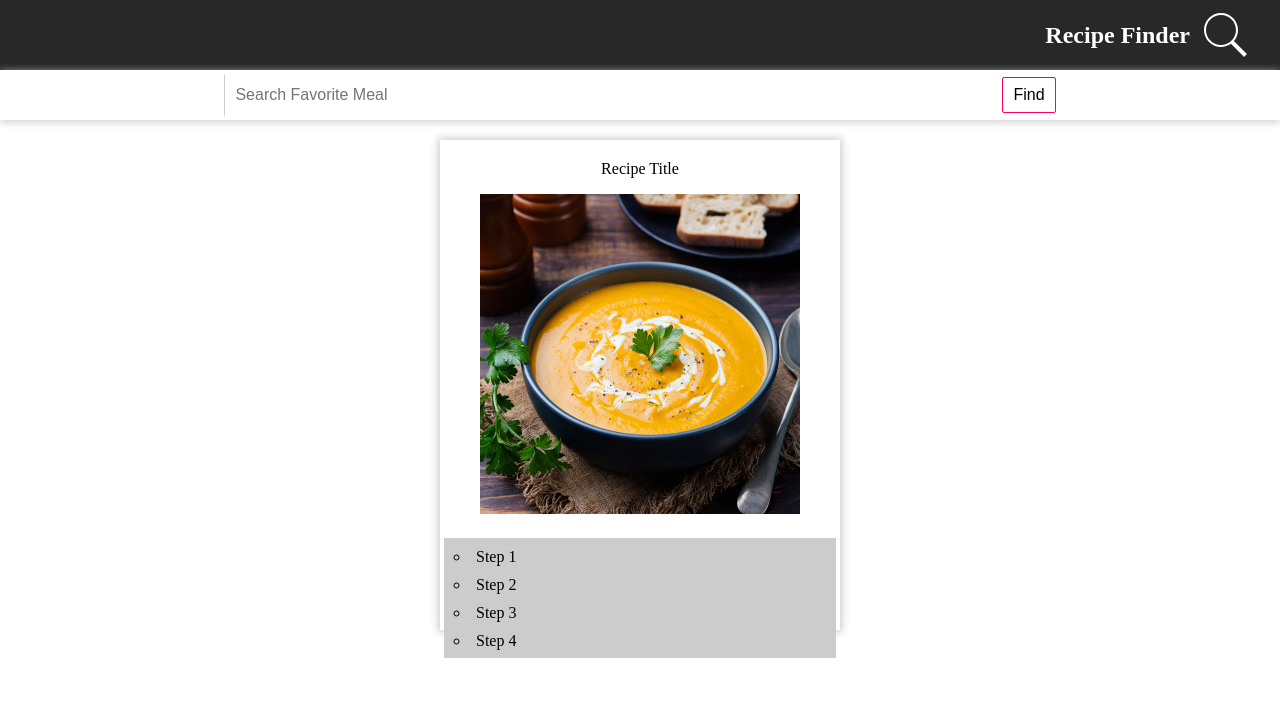
Repository: burntaftermint/recipes
Page: index.html
These files come from the project's save history. The page is drawn as it stood at one moment and after the next save; the edit follows.
The browser window is 1280 px wide. The pictures show the whole page.
The pointer rests on the first visible `.recipe`.

Above is the page before, as saved 2023-11-06 05:03:57.

### index.html
<!DOCTYPE html>
<html lang="en">
<head>
    <meta charset="UTF-8">
    <meta name="viewport" content="width=device-width, initial-scale=1.0">
    <title>Recipe Finder</title>
</head>
<body>
    <header>
        <h2>Recipe Finder</h2>
        <link rel="stylesheet" href="style.css">
        <img src="images/search.svg" alt="Search">
    </header>
    <section class="container">
        <div class="search">
            <input type="text" placeholder="Search Favorite Meal" autofocus>
            <button class="btn">Find</button>
        </div>
        <div id="recipe-container">
            <div class="recipe">
                <div class="recipe-title">Recipe Title</div>
                <div class="recipe-imge">
                    <img src="images/recipe.jpeg" alt="Recipe">
                </div>


        <div class="recipe-text">
            <ul>
                <li>Step 1</li>
                <li>Step 2</li>
                <li>Step 3</li>
                <li>Step 4</li>
                <li>Step 5</li>
            </ul>
        </div>
    </div>
</div>
    </section>
</body>
</html>

### style.css
:root {
    --light-color: #fff;
    --dark-color: #282828;
    --header-height: 70px;
    --search-height: 50px;
    --border-color: #ccc;
}
* {
    margin: 0;
    padding: 0;
    box-sizing: border-box;
}

body {
    height: 100vh;
    width: 100vw;
    background: var(--light-color);
}

.container {
    text-align: center;
    height: calc(100vh - var(--header-height));
}

header {
    height: var(--header-height);
    background: var(--dark-color);
    display: flex;
    align-items: center;
    justify-content: flex-end;
    color: var(--light-color);
    gap: 10px;
    padding-right: 30px;
}

header img {
    filter: invert(1);
}

.search {
    display: flex;
    justify-content: center;
    align-items: center;
    height: var(--search-height);
    gap: 10px;
    box-shadow: 0px 2px 8px 0px var(--border-color);
}

.search input[type="text"] {
    padding: 8px 10px;
    line-height: 1.5;
    font-size: 1rem;
    border: none;
    border-left: 1px solid var(--border-color);
    border-bottom: 1px solid transparent;
    outline: none;
    transition: all 200ms ease-in-out;
    width: 60%;

}

.search input[type="text"] :focus {
    border-left-color: transparent;
    border-bottom-color: var(--border-color);
    width: 61%;
}

.btn {
    padding: 8px 10px;
    background: transparent;
    border-radius: 2px;
    user-select: none;
    font-size: 1rem;
    border: 1px solid #ff005d;
    cursor: pointer;
}

.btn:hover {
    background: #ff005d;
    border-color: var(--light-color);
}

#recipe-container {
    display: flex;
    justify-content: center;
    align-items: flex-start;
}

.recipe {
    height: 400px;
    width: 400px;
    padding: 4px;
    box-shadow: 0px 0px 8px 2px var(--border-color);
    margin: 20px;
}

.recipe-title {
    height: 50px;
    display: flex;
    align-items: center;
    justify-content: center;
    font-size: 1rem;
}

.recipe-image {
    height: 210px;
}

.recipe-image img {
    height: 100%;
    width: 100%;
}

.recipe-text {
    height: 0px;
    visibility: hidden;
    opacity: 0;
    transition: all 200ms ease-in-out;
    background: #ccc;
    margin-top: 20px;
    overflow: hidden;
    overflow-y: auto;
    transform: scale(.8);
}

.recipe-text ul {
    list-style-type: circle;
    list-style-position: inside;
    text-align: left;
    padding: 5px;
}

.recipe-text ul > li {
    padding: 5px;
}

.recipe:hover .recipe-text {
    height: 120px;
    visibility: visible;
    opacity: 1;
    transform: scale(1);
}

.recipe:hover{
    height: 490px;
}

After the next save:
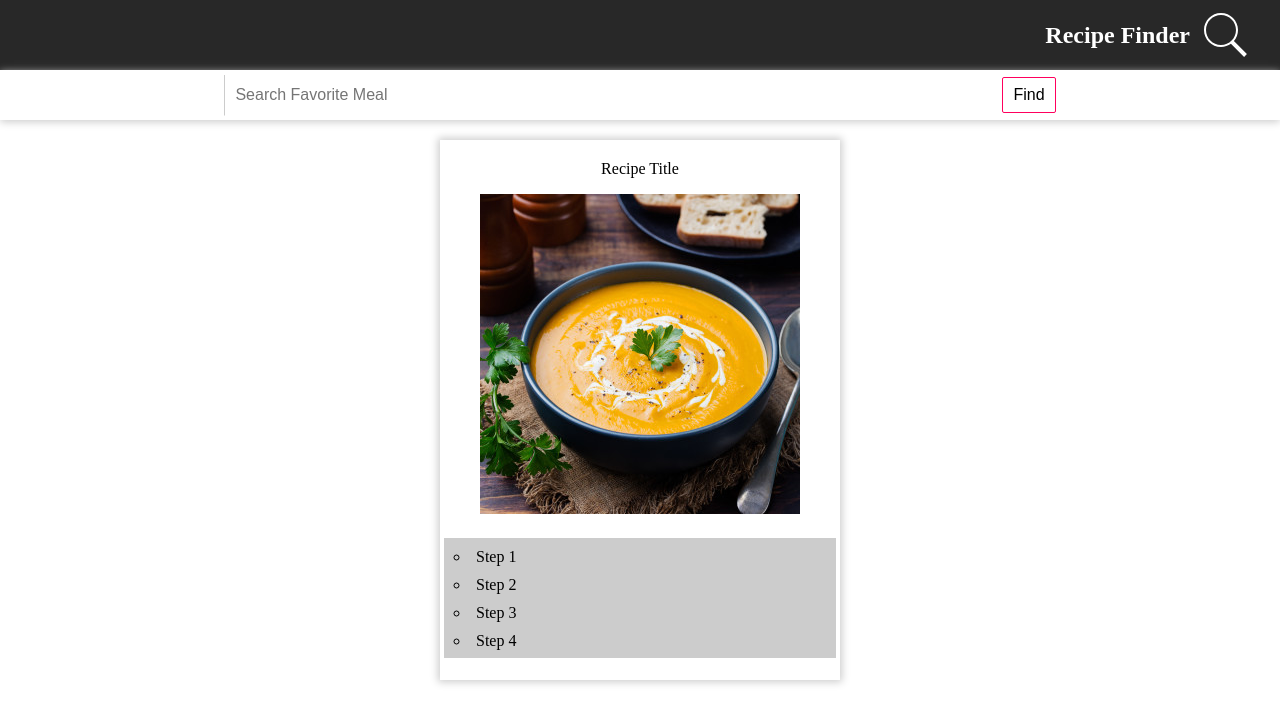
Saved 17 s later.
--- a/style.css
+++ b/style.css
@@ -142,5 +142,5 @@ header img {
 }
 
 .recipe:hover{
-    height: 490px;
+    height: 540px;
 }
